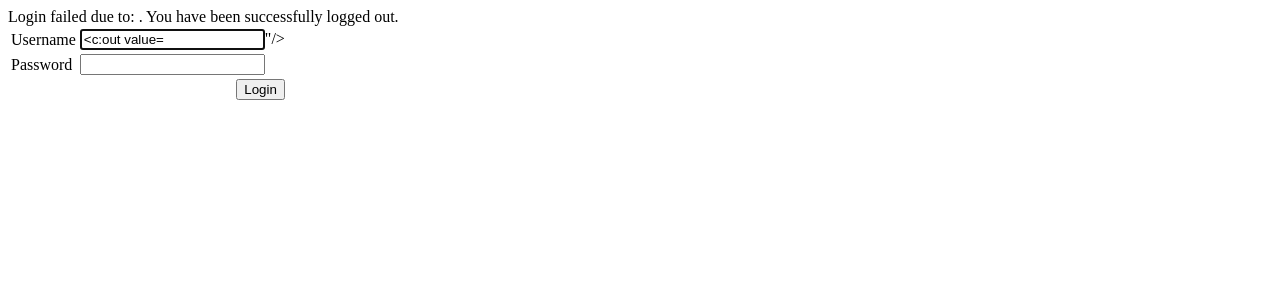
Repository: wawa-git/assa-devs
Page: old.metadata/.plugins/org.eclipse.core.resources/.projects/exts/WebContent/login.html
An editor plug-in stored every save of this project. The page is shown before and after the next save, followed by the edit.
The browser window is 1280 px wide. The pictures show the whole page.

Above is the page before, as saved 2011-01-09 17:14:12.

### old.metadata/.plugins/org.eclipse.core.resources/.projects/exts/WebContent/login.html
<!DOCTYPE html PUBLIC "-//W3C//DTD HTML 4.01 Transitional//EN" "http://www.w3.org/TR/html4/loose.dtd">
<html>
<head>
<meta http-equiv="Content-Type" content="text/html; charset=UTF-8">
<title>Insert title here</title>
</head>
<body>
<body onload='document.loginForm.j_username.focus();'>

<form id="loginForm" name="loginForm" action="j_spring_security_check" method="post">
<c:if test="${not empty param.authfailed}">
    <span id="infomessage" class="errormessage" >
    Login failed due to: <c:out value="${SPRING_SECURITY_LAST_EXCEPTION.message}"/>.
    </span>
</c:if>
<c:if test="${not empty param.loggedout}">
    <span id="infomessage" class="successmessage">
    You have been successfully logged out.
    </span>
</c:if>
        <table>
          <tr><td>Username</td><td><input id="usernameField" type="text" name="j_username" value="<c:out value="${SPRING_SECURITY_LAST_USERNAME}"/>"/></td></tr>
          <tr><td>Password</td><td><input id="passwordField" type="password" name="j_password" /></td></tr>

          <tr><td colspan="2" align="right"><input type="submit" value="Login" /></td></tr>
        </table>
</form>

</body>
</html>

After the next save:
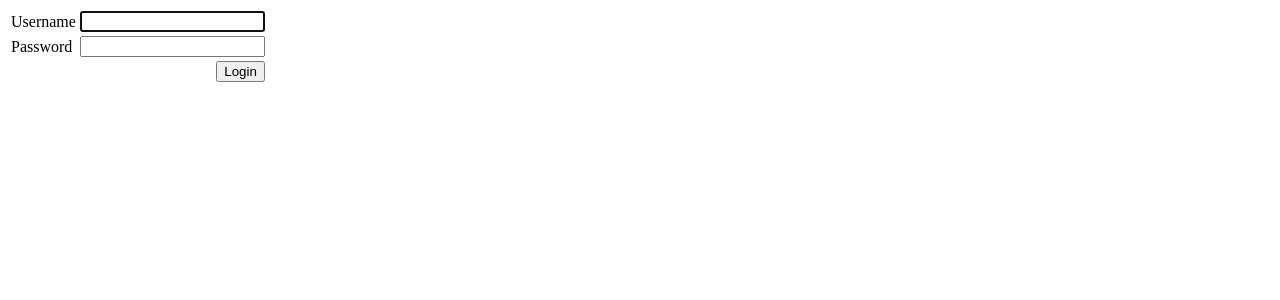
Saved 41 s later.
--- a/old.metadata/.plugins/org.eclipse.core.resources/.projects/exts/WebContent/login.html
+++ b/old.metadata/.plugins/org.eclipse.core.resources/.projects/exts/WebContent/login.html
@@ -8,18 +8,8 @@
 <body onload='document.loginForm.j_username.focus();'>
 
 <form id="loginForm" name="loginForm" action="j_spring_security_check" method="post">
-<c:if test="${not empty param.authfailed}">
-    <span id="infomessage" class="errormessage" >
-    Login failed due to: <c:out value="${SPRING_SECURITY_LAST_EXCEPTION.message}"/>.
-    </span>
-</c:if>
-<c:if test="${not empty param.loggedout}">
-    <span id="infomessage" class="successmessage">
-    You have been successfully logged out.
-    </span>
-</c:if>
         <table>
-          <tr><td>Username</td><td><input id="usernameField" type="text" name="j_username" value="<c:out value="${SPRING_SECURITY_LAST_USERNAME}"/>"/></td></tr>
+          <tr><td>Username</td><td><input id="usernameField" type="text" name="j_username"/></td></tr>
           <tr><td>Password</td><td><input id="passwordField" type="password" name="j_password" /></td></tr>
 
           <tr><td colspan="2" align="right"><input type="submit" value="Login" /></td></tr>
